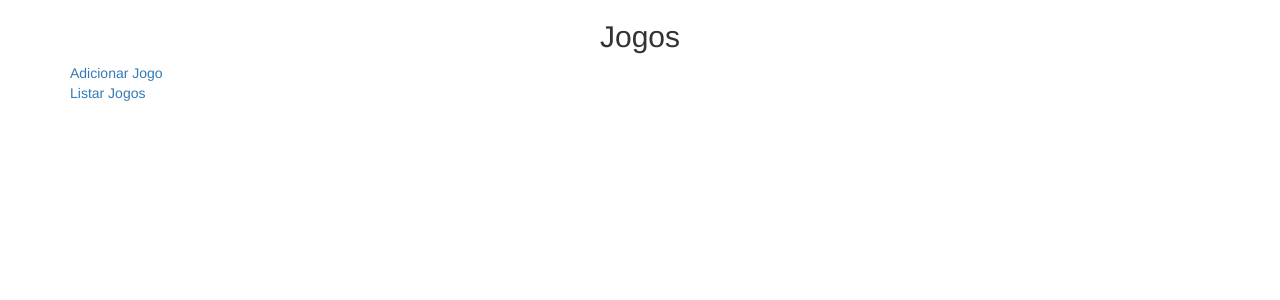
Repository: Tulio220/cadastroJogos
Page: http://localhost/aulaEly/trabalhoEly/index.jsp
The author's editor kept a copy of each file at every save. The page is drawn from the files as they stood at one save, then again after the next save.
The browser window is 1280 px wide. The pictures show the whole page.
The page is served by Tomcat 9. Other server files are loaded and not shown. Queries for data that is not in the repository find no rows.

Above is the page before, as saved 2024-10-01 23:23:55.

### aulaEly/src/main/webapp/trabalhoEly/index.jsp
<%@ page import="java.sql.*" %>
<%@ page contentType="text/html;charset=UTF-8" language="java" %>
<html>
<head>
    <title>Lista de Jogos</title>
    <link rel="stylesheet" href="https://maxcdn.bootstrapcdn.com/bootstrap/3.4.1/css/bootstrap.min.css">
</head>
<body>
<div class="container">
    <h2 class="text-center">Jogos</h2>

	<a href="add_jogo.jsp">Adicionar Jogo</a>
	<br/>
	<a href="listar.jsp">Listar Jogos</a>
</div>
</body>
</html>

After the next save:
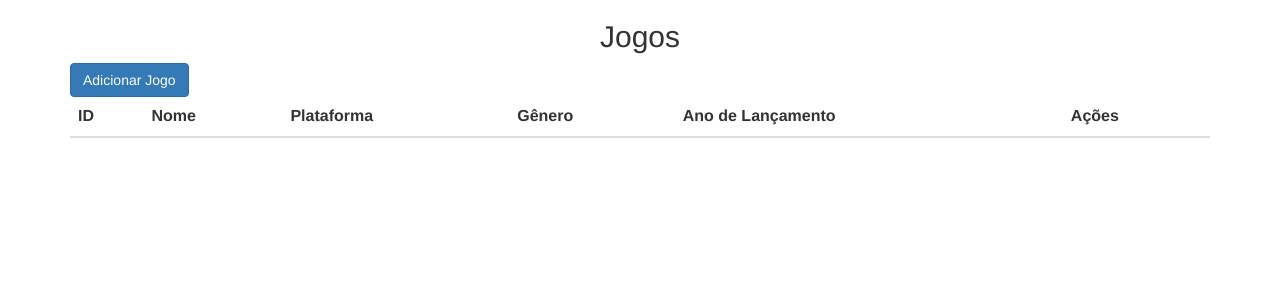
Saved 61 s later.
--- a/aulaEly/src/main/webapp/trabalhoEly/index.jsp
+++ b/aulaEly/src/main/webapp/trabalhoEly/index.jsp
@@ -1,5 +1,6 @@
-<%@ page import="java.sql.*" %>
-<%@ page contentType="text/html;charset=UTF-8" language="java" %>
+<%@ page language="java" contentType="text/html; charset=UTF-8" pageEncoding="UTF-8"%>
+<%@ page import="java.sql.*, java.util.*" %>
+
 <html>
 <head>
     <title>Lista de Jogos</title>
@@ -8,10 +9,60 @@
 <body>
 <div class="container">
     <h2 class="text-center">Jogos</h2>
+    <a href="add_jogo.jsp" class="btn btn-primary">Adicionar Jogo</a>
+    <table class="table table-striped">
+        <thead>
+            <tr>
+                <th>ID</th>
+                <th>Nome</th>
+                <th>Plataforma</th>
+                <th>Gênero</th>
+                <th>Ano de Lançamento</th>
+                <th>Ações</th>
+            </tr>
+        </thead>
+        <tbody>
+            <%
+                Connection conn = null;
+                Statement stmt = null;
+                ResultSet rs = null;
 
-	<a href="add_jogo.jsp">Adicionar Jogo</a>
-	<br/>
-	<a href="listar.jsp">Listar Jogos</a>
+                try {
+                    Class.forName("com.mysql.jdbc.Driver");
+                    conn = DriverManager.getConnection("jdbc:mysql://localhost:3306/meubanco", "usuario", "senha");
+                    stmt = conn.createStatement();
+                    rs = stmt.executeQuery("SELECT * FROM jogos");
+
+                    while (rs.next()) {
+                        int id = rs.getInt("id");
+                        String nome = rs.getString("nome");
+                        String plataforma = rs.getString("plataforma");
+                        String genero = rs.getString("genero");
+                        int anoLancamento = rs.getInt("ano_lancamento");
+            %>
+                        <tr>
+                            <td class="text-center"><%= id %></td>
+                            <td class="text-center"><%= nome %></td>
+                            <td class="text-center"><%= plataforma %></td>
+                            <td class="text-center"><%= genero %></td>
+                            <td class="text-center"><%= anoLancamento %></td>
+                            <td class="text-center">
+                                <a href="edit_jogo.jsp?id=<%= id %>" class="btn btn-warning btn-sm">Alterar</a>
+                                <a href="excluir.jsp?id=<%= id %>" class="btn btn-danger btn-sm">Excluir</a>
+                            </td>
+                        </tr>
+            <%
+                    }
+                } catch (Exception e) {
+                    e.printStackTrace();
+                } finally {
+                    try { if (rs != null) rs.close(); } catch (SQLException e) { e.printStackTrace(); }
+                    try { if (stmt != null) stmt.close(); } catch (SQLException e) { e.printStackTrace(); }
+                    try { if (conn != null) conn.close(); } catch (SQLException e) { e.printStackTrace(); }
+                }
+            %>
+        </tbody>
+    </table>
 </div>
 </body>
 </html>
